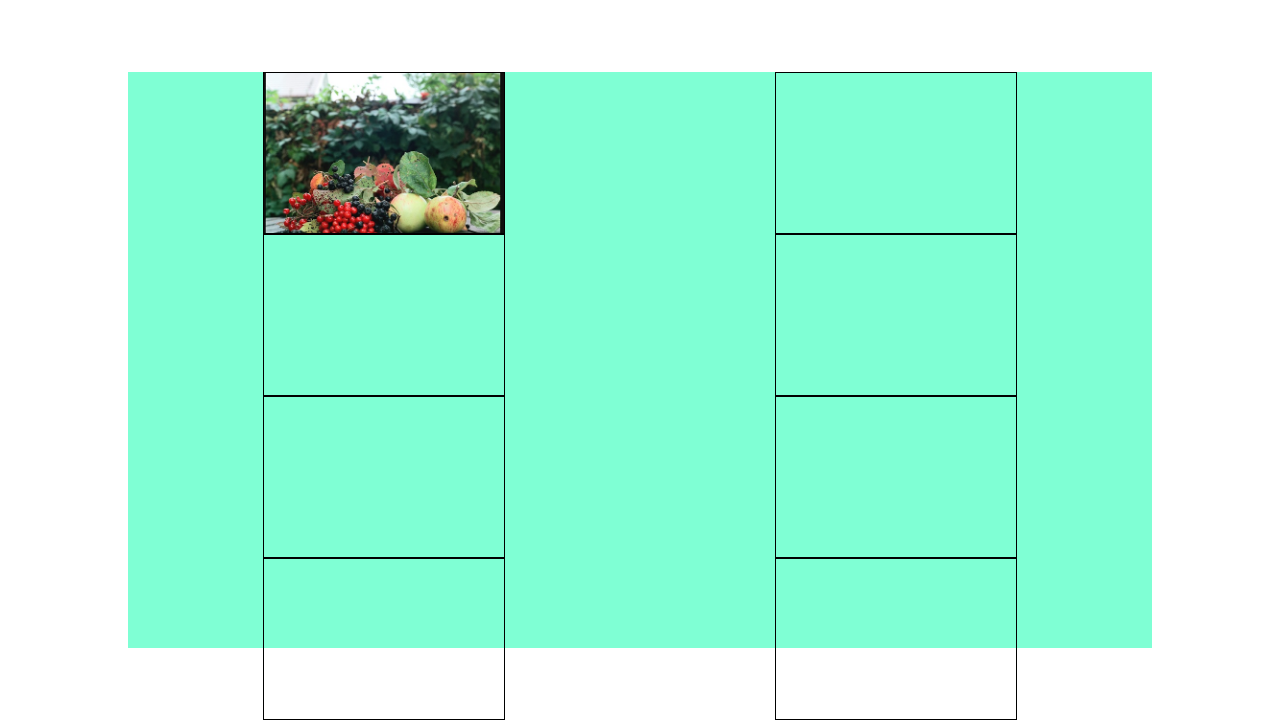
Repository: lidkaa/devTasks
Page: 0. Zadania Testowe/zadania/FlexboxCentered.html
The author's editor kept a copy of each file at every save. The page is drawn from the files as they stood at one save, then again after the next save.
The browser window is 1280 px wide. The pictures show the whole page.

Above is the page before, as saved 2022-02-01 09:41:39.

After the next save:
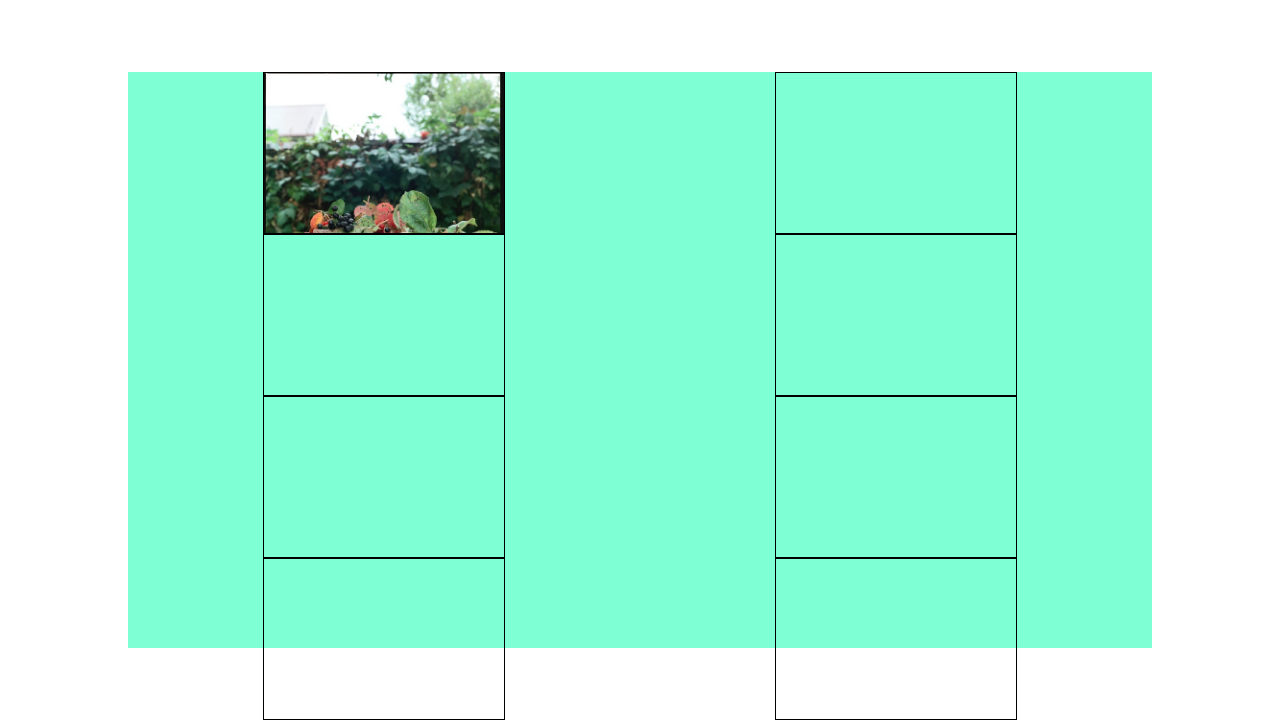
Saved 17 s later.
--- a/0. Zadania Testowe/zadania/flexboxcentered.css
+++ b/0. Zadania Testowe/zadania/flexboxcentered.css
@@ -34,10 +34,9 @@
 }
 
 .cell:nth-child(1) {
-    /* width: 100%;
-    height: 100%; */
+
     background-image: url('./pexel/pexel1.jpg');
-    background-position: center;
+    /* background-position: center; */
     background-size: 100%;
     background-repeat: no-repeat;
   }

After the save that followed:
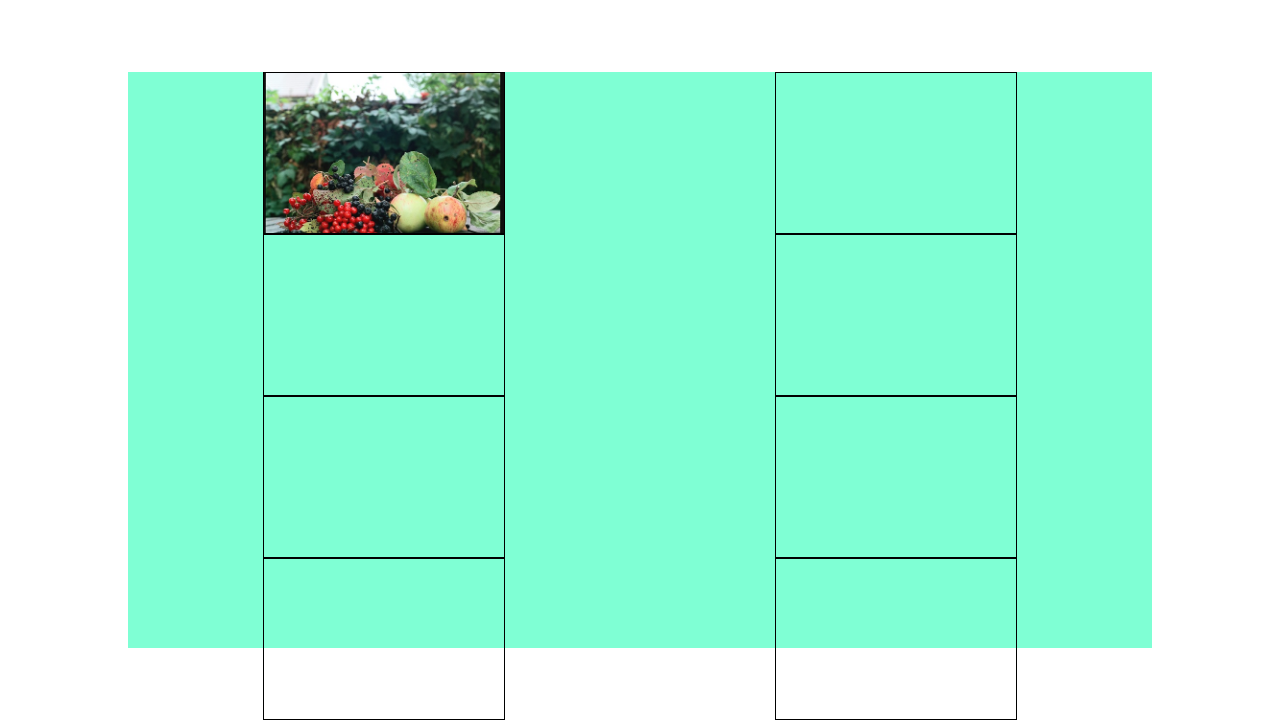
Saved 13 s later.
--- a/0. Zadania Testowe/zadania/flexboxcentered.css
+++ b/0. Zadania Testowe/zadania/flexboxcentered.css
@@ -34,9 +34,8 @@
 }
 
 .cell:nth-child(1) {
-
     background-image: url('./pexel/pexel1.jpg');
-    /* background-position: center; */
+    background-position: center;
     background-size: 100%;
     background-repeat: no-repeat;
   }
